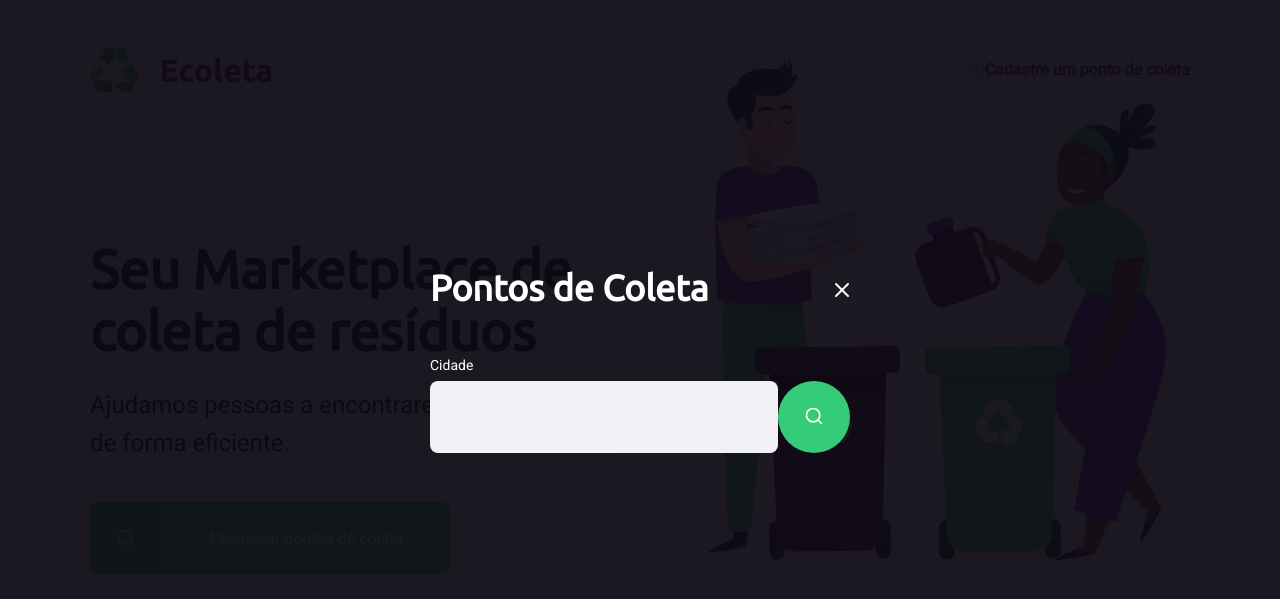
Repository: ivobass/NextLevelWeek
Page: index.html
The author's editor kept a copy of each file at every save. The page is drawn from the files as they stood at one save, then again after the next save.
The browser window is 1280 px wide. The pictures show the whole page.

Above is the page before, as saved 2020-06-03 23:01:15.

After the next save:
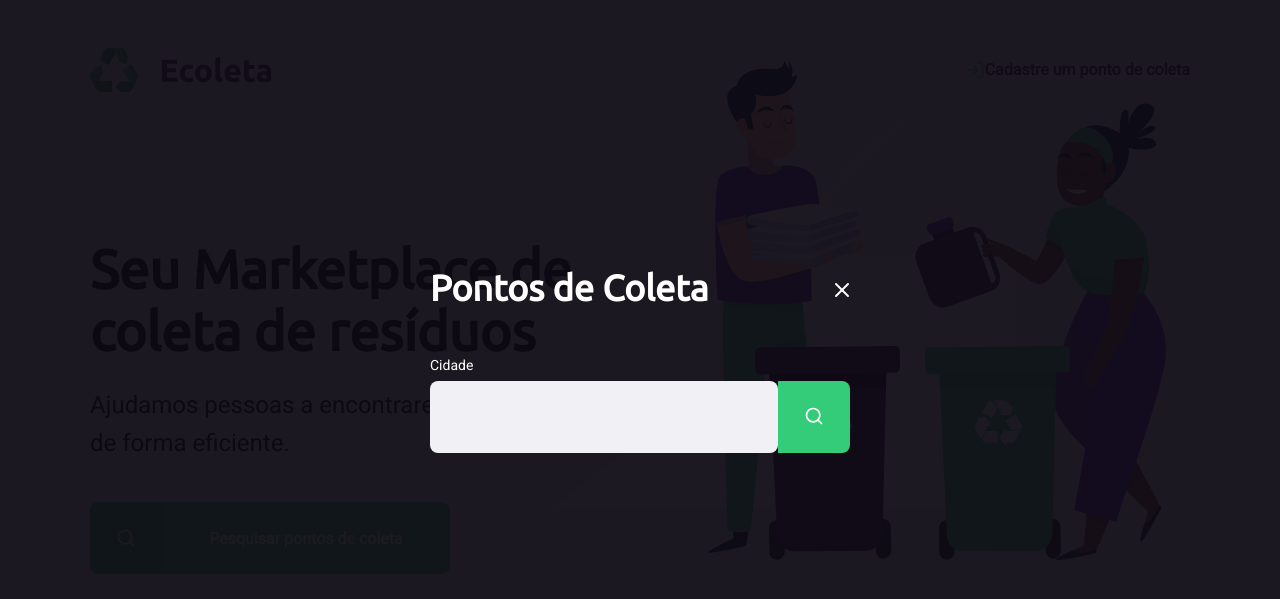
Saved 15 s later.
--- a/styles/modal.css
+++ b/styles/modal.css
@@ -61,7 +61,7 @@
     height: 72px;
     background-color: var(--primary-color);
     border: 0;
-    border-radius: 40px;
+    border-radius: 0 8px 8px 0;
 }
 
 #modal form button:hover {
